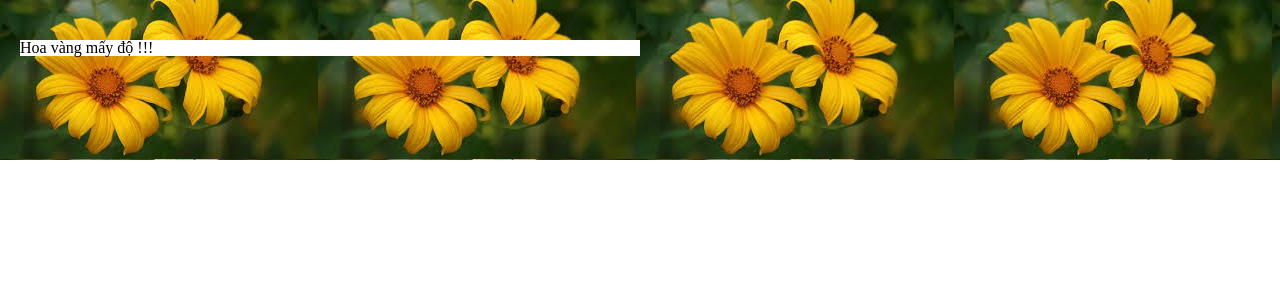
Repository: Tan-Khang21/TH_TKW--Buoi_07
Page: Bai_Tap_Tren_lop/Bai_05/opacity2.html
These files come from the project's save history. The page is drawn as it stood at one moment and after the next save; the edit follows.
The browser window is 1280 px wide. The pictures show the whole page.

Above is the page before, as saved 2024-03-12 16:54:18.

After the next save:
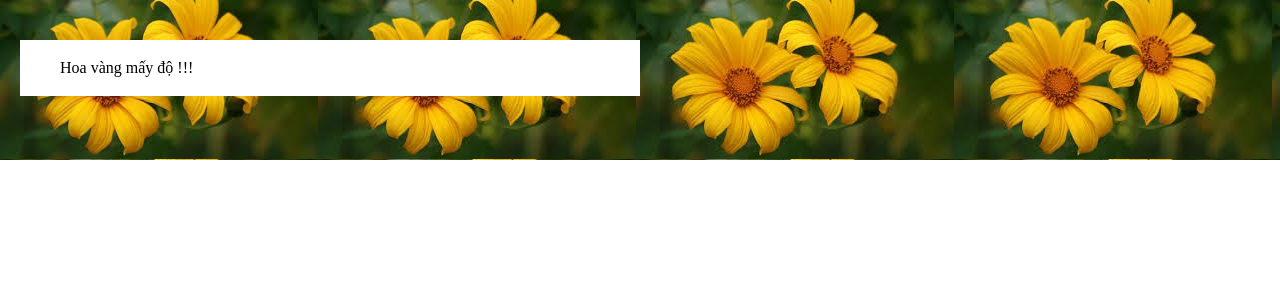
Saved 18 s later.
--- a/Bai_Tap_Tren_lop/Bai_05/style.css
+++ b/Bai_Tap_Tren_lop/Bai_05/style.css
@@ -12,4 +12,5 @@ body {
 .boxtext {
   width: 50%;
   background-color: white;
+  padding: 20px 40px;
 }
